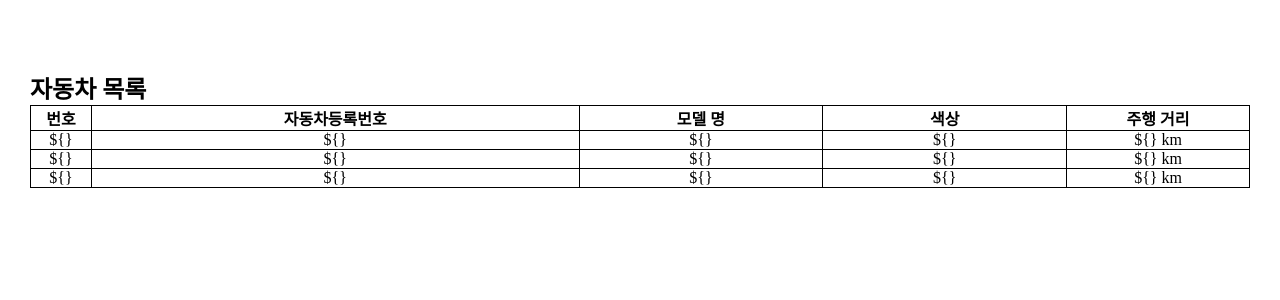
Repository: HI-CLAIRE/s.s.a.f.y_java
Page: Vue.js/Homework/vue_ws_02_1-master/list.html
These files come from the project's save history. The page is drawn as it stood at one moment and after a run of saves; the edit follows.
The browser window is 1280 px wide. The pictures show the whole page.

Above is the page before, as saved 2022-11-08 08:58:07.

### Vue.js/Homework/vue_ws_02_1-master/list.html
<!DOCTYPE html>
<html lang="ko">
  <head>
    <meta charset="UTF-8" />
    <meta name="viewport" content="width=device-width, initial-scale=1.0" />
    <title>자동차정보사이트</title>
    <link rel="stylesheet" href="./css/main.css" />
    <!-- Vue CDN -->
    <script src="https://cdn.jsdelivr.net/npm/vue@2/dist/vue.js"></script>
  </head>
  <body>
    <div id="app">
        <div class="header">
          <div>
            <a href="index.html" class="logo">자동차관리</a>
          </div>
          <div>
            <a href="create.html">자동차등록</a>
            <a href="list.html">자동차목록</a>
          </div>
        </div>
      <div class="container">
        <h2>자동차 목록</h2>
        <div v-if="cars.length">
          <table class="car-list">
            <colgroup>
              <col style="width: 5%" />
              <col style="width: 40%" />
              <col style="width: 20%" />
              <col style="width: 20%" />
              <col style="width: 15%" />
            </colgroup>
            <thead>
              <tr>
                <th>번호</th>
                <th>자동차등록번호</th>
                <th>모델 명</th>
                <th>색상</th>
                <th>주행 거리</th>
              </tr>
            </thead>
            <tbody>
              <!-- 반복문을 통해 출력한다. -->
              <tr v-for="(car, index) in cars" :key="index">
                <td>${}</td>
                <td>${}</td>
                <td>${}</td>
                <td>${}</td>
                <td>${} km</td>
              </tr>
            </tbody>
          </table>
        </div>
        <div v-else>등록된 자동차가 없습니다.</div>
      </div>
    </div>
    <script>
      new Vue({
        el: "#app",
        name: "list",
        data: {
          cars: [
            {
              vin: "KMHXX00XXXX000000",
              modelName: "소나타",
              color: "dark blue",
              mileage: 20000,
            },
            {
              vin: "KMHXX00XXXX000001",
              modelName: "아반떼",
              color: "gray",
              mileage: 1000,
            },
            {
              vin: "KNHXX00XXXX000001",
              modelName: "쏘렌토",
              color: "black",
              mileage: 100000,
            },
          ],
        },
      });
    </script>
  </body>
</html>

### Vue.js/Homework/vue_ws_02_1-master/css/main.css
/* 초기화 작업 */
* {
  margin: 0;
  padding: 0;
  box-sizing: border-box;
  list-style: none;
}

a {
  text-decoration: none;
  color: white;
}

.text-center {
  text-align: center;
 }

/* header 태그 안에 CSS 속성 */
header {
  height: 70px;
  background-color: skyblue;
  line-height: 70px;
  padding: 0px 30px;
}

.header-nav {
  display: flex;
  justify-content: space-between;
}

.logo {
  display: inline-block;
  font-size: 2rem;
  font-weight: bold;
  color: white;
}


/* content CSS */

.container {
  margin: 0px 30px;
}

.view {
  width: 80%;
  padding: 12px 20px;
  margin: 8px 0;
  display: inline-block;
  border: 1px solid #ccc;
  border-radius: 4px;
  box-sizing: border-box;
  color: #787878;
  font-size: medium;
}

label {
  display: inline-block;
  width: 130px;
}

.btn {
  width: 8%;
  background-color: #d0d3d0;
  color: rgb(80, 82, 79);
  padding: 14px 20px;
  margin: 8px 0;
  border: 1px solid #787878;
  border-radius: 4px;
  font-size: large;
  cursor: pointer;
}

/* 테이블 CSS */
.car-list {
  border-collapse: collapse;
  width: 100%;
  text-align: center;
  margin: auto;
}

.car-list td,
.car-list th {
  border: 1px solid black;
}

After the next 2 saves:
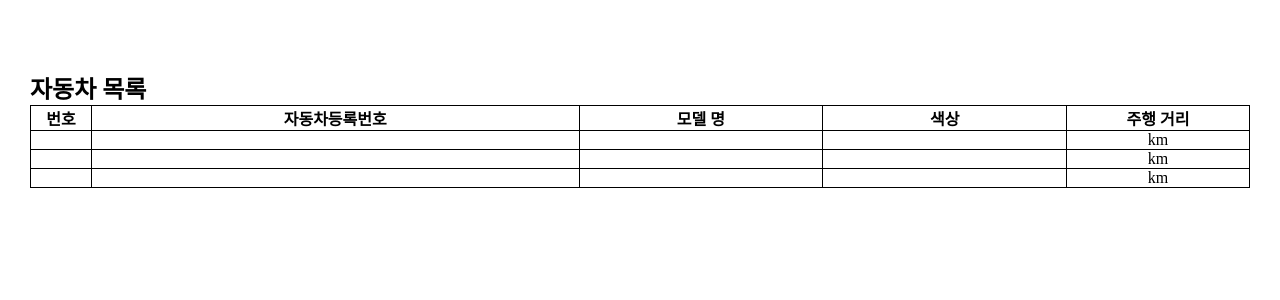
The 2 saves are shown as one change because they came seconds apart.
The last was saved 8 s later.
--- a/Vue.js/Homework/vue_ws_02_1-master/list.html
+++ b/Vue.js/Homework/vue_ws_02_1-master/list.html
@@ -42,11 +42,11 @@
             <tbody>
               <!-- 반복문을 통해 출력한다. -->
               <tr v-for="(car, index) in cars" :key="index">
-                <td>${}</td>
-                <td>${}</td>
-                <td>${}</td>
-                <td>${}</td>
-                <td>${} km</td>
+                <td>{{  }}</td>
+                <td>{{  }}</td>
+                <td>{{  }}</td>
+                <td>{{  }}</td>
+                <td>{{  }} km</td>
               </tr>
             </tbody>
           </table>
